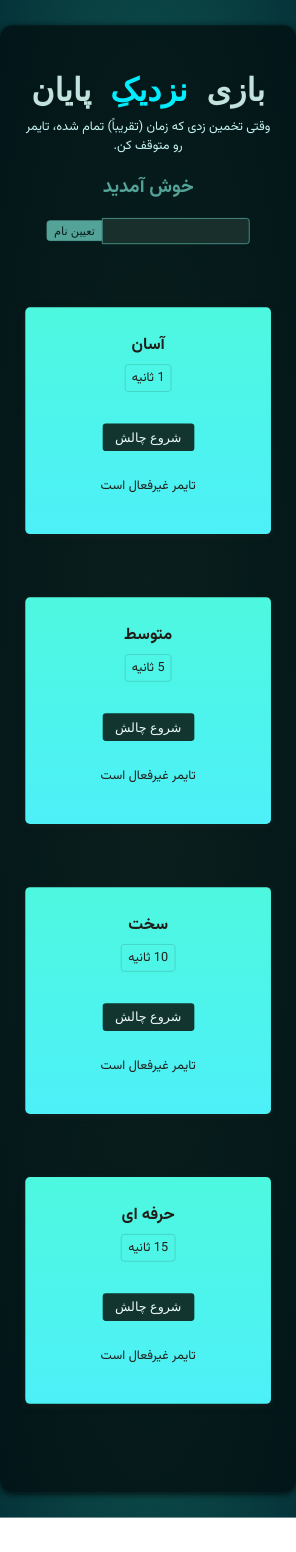
Repository: H-ala/react-near-end
Page: /
The author's editor kept a copy of each file at every save. The page is drawn from the files as they stood at one save, then again after the next save.
The browser window is 375 px wide. The pictures show the whole page, at 79% of full size.
The project was rebuilt for these pictures with package versions that can differ from the ones it lists, and the page was loaded fresh each time. Also part of the build but not shown: vite.config.js.

Above is the page before, as saved 2025-10-21 19:58:59.

### index.html
<!DOCTYPE html>
<html lang="en">

<head>
  <meta charset="UTF-8" />
  <link rel="icon" type="image/svg+xml" href="/vite.svg" />
  <meta name="viewport" content="width=device-width, initial-scale=1.0" />
  <title>Refs & Portals</title>
</head>

<body>
  <div id="modal"></div>
  <div id="content">
    <header>
      <h1>بازی <em>نزدیکِ</em> پایان</h1>
      <p>وقتی تخمین زدی که زمان (تقریباً) تمام شده، تایمر رو متوقف کن.</p>
    </header>
    <div id="root"></div>
  </div>
  <script type="module" src="/src/main.jsx"></script>
</body>

</html>

### src/App.jsx
import Player from "./components/Player.jsx";
import TimerChallenge from "./components/TimerChallenge.jsx";

function App() {
  return (
    <>
      <Player />
      <div id="challenges">
        <TimerChallenge title="آسان" targetTime={1} />
        <TimerChallenge title="متوسط" targetTime={5} />
        <TimerChallenge title="سخت" targetTime={10} />
        <TimerChallenge title="حرفه ای" targetTime={15} />
      </div>
    </>
  );
}

export default App;

### src/index.css
@import url("https://fonts.googleapis.com/css2?family=Vazirmatn:wght@400;700&display=swap");

* {
  box-sizing: border-box;
}

body {
  margin: 0;
  font-family: "Vazirmatn", sans-serif;
  -webkit-font-smoothing: antialiased;
  -moz-osx-font-smoothing: grayscale;
  background: radial-gradient(#186a5e, #053339);
  color: #e1eeeb;
  direction: rtl;
  min-height: 100vh;
}

#content {
  max-width: 60rem;
  margin: 2rem auto;
  padding: 2rem;
  background: radial-gradient(#0b201d, #021619);
  border-radius: 16px;
  box-shadow: 0 2px 8px rgba(0, 0, 0, 0.8);
}

h1 {
  font-family: "Handjet", monospace;
  text-align: center;
  text-transform: uppercase;
  color: #c1e2dd;
  text-shadow: 0 0 4px rgba(35, 34, 34, 0.4);
  font-size: 3.5rem;
  margin-bottom: 0.5rem;
}

h1 em {
  font-style: normal;
  color: #00eeff;
}

header p {
  font-size: 1.2rem;
  margin: 0;
  text-align: center;
  color: #c6f4f2;
}

#player {
  text-align: center;
}

#player h2 {
  color: #54a399;
}

#player p {
  display: flex;
  justify-content: center;
  align-items: center;
}

#player input {
  font: inherit;
  border: 1px solid #54a399;
  background-color: #192f2b;
  border-radius: 4px;
  border-top-left-radius: 0;
  border-bottom-left-radius: 0;
  padding: 0.25rem;
  color: #d1f0ec;
}

#player button {
  cursor: pointer;
  background-color: #54a399;
  border: 1px solid #54a399;
  padding: 0.55rem 1rem;
  color: #061e1a;
  border-top-left-radius: 4px;
  border-bottom-left-radius: 4px;
}

#player button:hover {
  background-color: #3c8379;
  border-color: #3c8379;
}

#challenges {
  max-width: 50rem;
  margin: 3rem auto;
  display: flex;
  flex-wrap: wrap;
  gap: 2rem;
}

.challenge {
  width: 22rem;
  display: flex;
  flex-direction: column;
  align-items: center;
  justify-content: center;
  padding: 2rem;
  margin: 2rem auto;
  background: linear-gradient(#4df8df, #4df0f8);
  color: #221c18;
  box-shadow: 0 2px 8px rgba(35, 34, 34, 0.6);
  border-radius: 6px;
}

.challenge button {
  margin-top: 1rem;
  padding: 0.5rem 1rem;
  border: none;
  border-radius: 4px;
  background: #12352f;
  color: #edfcfa;
  font-size: 1.2rem;
  cursor: pointer;
}

.challenge button:hover {
  background: #051715;
}

.challenge h2 {
  font-size: 1.5rem;
  margin: 0;
  text-align: center;
  color: #221c18;
}

.challenge-time {
  border: 1px solid #46cebe;
  border-radius: 4px;
  padding: 0.25rem 0.5rem;
  margin: 0.5rem;
}

.challenge .active {
  animation: flash 1s infinite;
}

.result-modal {
  border: none;
  border-radius: 8px;
  padding: 2rem;
  background-color: #d7fcf8;
}

.result-modal[open] {
  animation: slide-in-from-top 0.35s ease-out;
}

.result-modal::backdrop {
  background: rgba(0, 0, 0, 0.9);
}

.result-modal h2 {
  font-family: "Handjet", monospace;
  margin: 0 0 0.25rem 0;
  font-size: 3rem;
  text-transform: uppercase;
}

.result-modal progress {
  width: 100%;
  height: 1.5rem;
  margin: 0;
  accent-color: #46cebe;
}

.result-modal p {
  margin: 0.5rem 0;
  font-size: 1.2rem;
}

.result-modal p strong {
  color: #10655b;
}

.result-modal form {
  text-align: right;
}

.result-modal button {
  margin-top: 1rem;
  padding: 0.5rem 1rem;
  border: none;
  border-radius: 4px;
  background: #12352f;
  color: #edfcfa;
  font-size: 1.2rem;
  cursor: pointer;
}

.result-modal button:hover {
  background: #051715;
}

@keyframes slide-in-from-top {
  0% {
    transform: translateY(-15%);
    opacity: 0;
  }
  100% {
    transform: translateY(0);
    opacity: 1;
  }
}

@keyframes flash {
  0% {
    opacity: 0.5;
  }
  50% {
    opacity: 1;
  }
  100% {
    opacity: 0.5;
  }
}

@media (max-width: 768px) {
  h1 {
    font-size: 2.5rem;
  }

  header p {
    font-size: 1rem;
  }

  #challenges {
    gap: 1rem;
  }

  .challenge h2 {
    font-size: 1.3rem;
  }

  .challenge button {
    font-size: 1rem;
  }

  .result-modal h2 {
    font-size: 2rem;
  }

  .result-modal p {
    font-size: 1rem;
  }
}

@media (max-width: 480px) {
  #player input {
    width: 60%; /* کم کردن عرض ورودی */
    padding: 0.25rem;
    font-size: 0.9rem;
  }
  #player button {
    padding: 0.25rem 0.5rem; /* کوچکتر شدن دکمه */
    font-size: 0.9rem;
  }
}

### src/components/Player.jsx
import { useState, useRef } from "react";

export default function Player() {
  const playerName = useRef();
  const [enteredPlayerName, setEnteredPlayerName] = useState("");

  function handleClick() {
    setEnteredPlayerName(playerName.current.value);
    playerName.current.value = "";
  }

  return (
    <section id="player">
      <h2>خوش آمدید {enteredPlayerName ?? "unknown entity"}</h2>
      <p>
        <input
          ref={playerName}
          type="text"
        />
        <button onClick={handleClick}>تعیین نام</button>
      </p>
    </section>
  );
}

### src/components/TimerChallenge.jsx
import { useState, useRef } from "react";
import ResultModal from "./ResultModal";

export default function TimerChallenge({ title, targetTime }) {
  const timer = useRef();
  const dialog = useRef();

  const [timeRemaining, setTimeRemaining] = useState(targetTime * 1000);
  const timerIsActive = timeRemaining > 0 && timeRemaining < targetTime * 1000;

  if (timeRemaining <= 0) {
    clearInterval(timer.current);
    dialog.current.open();
  }

  function handleStart() {
    timer.current = setInterval(() => {
      setTimeRemaining((prevTimeRemaining) => prevTimeRemaining - 10);
    }, 10);
  }

  function handleReset() {
    setTimeRemaining(targetTime * 1000);
  }

  function handleStop() {
    clearInterval(timer.current);
    dialog.current.open();
  }

  return (
    <>
      <ResultModal
        ref={dialog}
        targetTime={targetTime}
        remainingTime={timeRemaining}
        onReset={handleReset}
      />
      <section className="challenge">
        <h2>{title}</h2>
        <p className="challenge-time">
          {targetTime} ثانیه
        </p>
        <p>
          <button onClick={timerIsActive ? handleStop : handleStart}>
            {timerIsActive ? "توقف" : "شروع"} چالش
          </button>
        </p>
        <p className={timerIsActive ? "active" : undefined}>
          {timerIsActive ? "زمان داره میگذره..." : "تایمر غیرفعال است"}
        </p>
      </section>
    </>
  );
}

### src/components/ResultModal.jsx
import { useImperativeHandle, useRef } from "react";
import { createPortal } from "react-dom";

export default function ResultModal({ ref, targetTime, remainingTime, onReset }) {
  const dialog = useRef();

  const userLost = remainingTime <= 0;
  const formattedRemainingTime = (remainingTime / 1000).toFixed(2);
  const score = Math.round((1 - (remainingTime / (targetTime * 1000))) * 100);

  useImperativeHandle(ref, () => {
    return {
      open() {
        dialog.current.showModal();
      },
    };
  });

  return createPortal(
    <dialog ref={dialog} className="result-modal" onClose={onReset}>
      {userLost && <h2>تو باختی!</h2>}
      {!userLost && <h2>امتیاز : {score}</h2>}
      <p>
        زمان تارگت <strong>{targetTime} ثانیه بود. </strong>
      </p>
      <p>
        زمان رو وقتی
        <strong> {formattedRemainingTime} ثانیه مونده بود متوقف کردی. </strong>
      </p>
      <form action="dialog" onSubmit={onReset}>
        <button>بستن</button>
      </form>
    </dialog>,
    document.getElementById("modal")
  );
}

Loaded but not shown: src/main.jsx (common file)

After the next save:
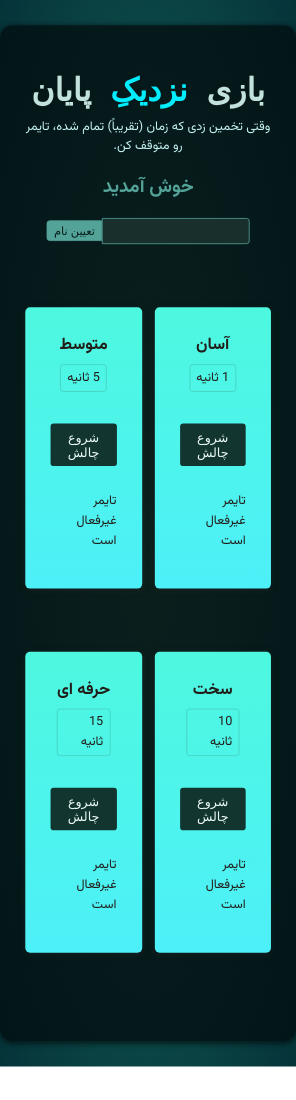
Saved 83 s later.
--- a/src/index.css
+++ b/src/index.css
@@ -261,4 +261,17 @@
     padding: 0.25rem 0.5rem; /* کوچکتر شدن دکمه */
     font-size: 0.9rem;
   }
-}
+  .challenge {
+    flex: 1 1 45%; /* اجازه می‌دهد تقریبا دو کارت در یک ردیف جا شوند */
+    max-width: 22rem; /* حداکثر اندازه هر کارت */
+    display: flex;
+    flex-direction: column;
+    align-items: center;
+    justify-content: center;
+    padding: 2rem;
+    background: linear-gradient(#4df8df, #4df0f8);
+    color: #221c18;
+    box-shadow: 0 2px 8px rgba(35, 34, 34, 0.6);
+    border-radius: 6px;
+  }
+}

After the save that followed:
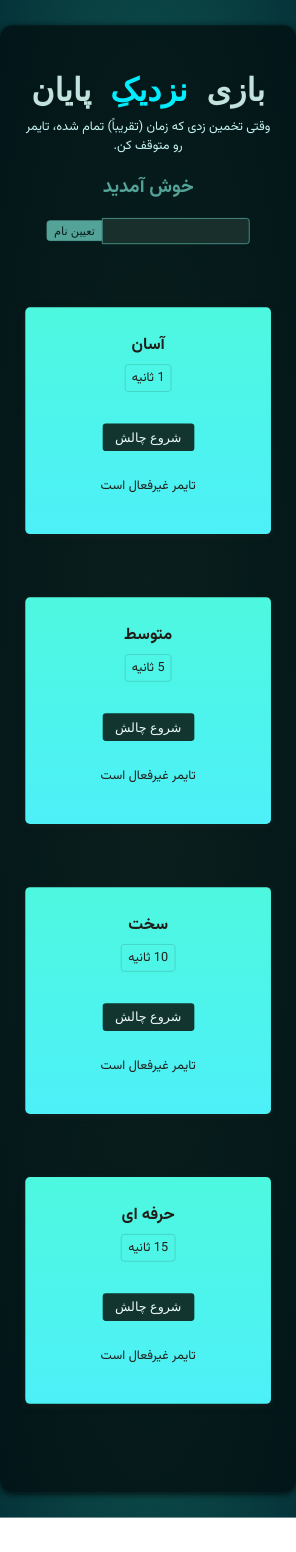
Saved 8 s later.
--- a/src/index.css
+++ b/src/index.css
@@ -261,17 +261,4 @@
     padding: 0.25rem 0.5rem; /* کوچکتر شدن دکمه */
     font-size: 0.9rem;
   }
-  .challenge {
-    flex: 1 1 45%; /* اجازه می‌دهد تقریبا دو کارت در یک ردیف جا شوند */
-    max-width: 22rem; /* حداکثر اندازه هر کارت */
-    display: flex;
-    flex-direction: column;
-    align-items: center;
-    justify-content: center;
-    padding: 2rem;
-    background: linear-gradient(#4df8df, #4df0f8);
-    color: #221c18;
-    box-shadow: 0 2px 8px rgba(35, 34, 34, 0.6);
-    border-radius: 6px;
-  }
-}
+}
